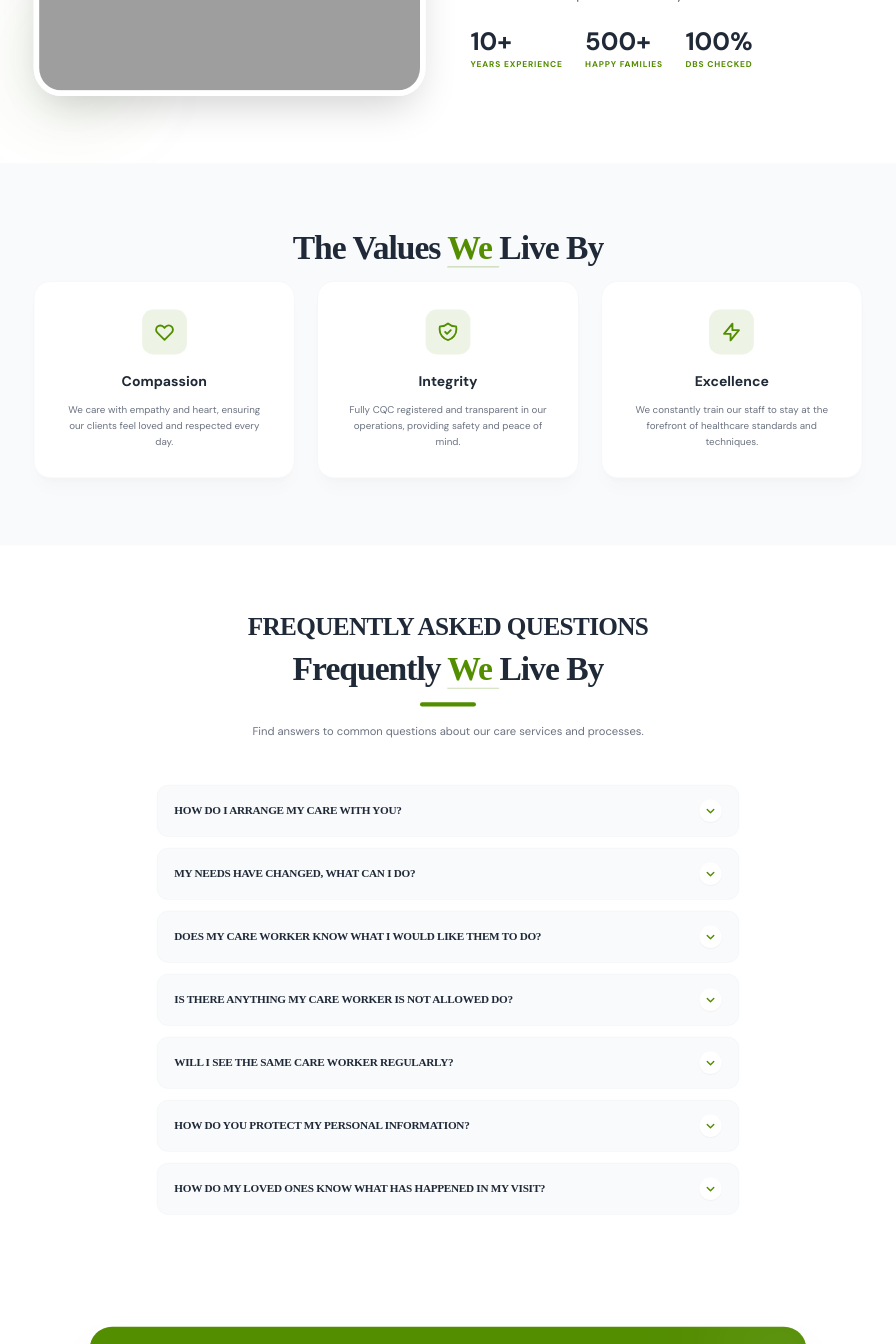
Repository: Iqbalhossen07/care
Page: http://localhost/about.php
An editor plug-in stored every save of this project. The page is shown before and after the next save, followed by the edit.
The browser window is 1280 px wide. The pictures show the part of the page from y = 806 to 2726 px (the page is 3469 px tall), at 70% of full size.
Pictures or frames that could not be fetched are drawn as grey boxes. Some web fonts or font styles are not loaded; a fallback is used. Some web libraries are served in a nearby version. The page is run by PHP 8.4 with error messages shown; the project is at /var/www/html/.

Above is the page before, as saved 2026-02-28 08:04:31.

### about.php
<?php include('head.php') ?>

<body class="font-body text-gray-600 antialiased bg-white">
    <?php include('header.php') ?>

    <section class="relative h-[250px] flex items-center overflow-hidden bg-darkText">
        <div class="absolute inset-0 z-0">
            <img src="https://images.unsplash.com/photo-1516706562779-ad3fd557341b?auto=format&fit=crop&w=1500&q=80"
                class="w-full h-full object-cover opacity-30" alt="About Careline">
            <div class="absolute inset-0 bg-gradient-to-r from-darkText via-darkText/90 to-transparent"></div>
        </div>

        <div class="max-w-7xl mx-auto px-6 lg:px-12 relative z-10 w-full">
            <nav class="flex mb-4 text-sm font-medium">
                <ol class="inline-flex items-center space-x-2">
                    <li><a href="index.php" class="text-gray-400 hover:text-brand transition-colors">Home</a></li>
                    <li class="text-gray-600">/</li>
                    <li class="text-brand font-bold uppercase tracking-widest text-[11px] md:text-sm">About Us</li>
                </ol>
            </nav>
            <h1 class="font-heading text-4xl md:text-5xl font-bold text-white mb-2 tracking-tight">Our Mission & Heart
            </h1>
            <p class="text-gray-300 text-lg max-w-2xl">Dedicated to providing compassionate care in the comfort of your
                home.</p>
        </div>
    </section>

    <section class="py-24 bg-white overflow-hidden">
        <div class="max-w-7xl mx-auto px-6 lg:px-12">
            <div class="grid lg:grid-cols-2 gap-16 items-center">
                <div class="relative group">
                    <div
                        class="relative rounded-[2.5rem] overflow-hidden border-8 border-white shadow-[0_25px_60px_-15px_rgba(0,0,0,0.2)] z-10">
                        <img src="https://images.unsplash.com/photo-1576765608535-5f04d1e3f289?auto=format&fit=crop&w=1000&q=80"
                            alt="Caregiving"
                            class="w-full h-[500px] object-cover transition-transform duration-700 group-hover:scale-105">
                    </div>
                    <div class="absolute -bottom-6 -left-6 w-40 h-40 bg-brand/10 rounded-full blur-3xl -z-0"></div>
                </div>

                <div class="space-y-8">
                    <div>

                        <h1
                            class="font-heading text-2xl  md:text-5xl  font-bold text-darkText mb-4 md:mb-6 tracking-[-0.03em]">
                            Caring is not
                            <span class="text-brand relative ">just our job,
                                <svg class="absolute -bottom-1.5 left-0 w-full h-1.5 md:h-2 text-brand/30"
                                    viewBox="0 0 100 10" preserveAspectRatio="none">
                                    <path d="M0 5 L100 5" stroke="currentColor" stroke-width="2"
                                        stroke-linecap="round" />
                                </svg>
                            </span>
                            it's our passion.
                        </h1>
                        <p class="text-lg leading-relaxed text-gray-600 mb-6">
                            Community Careline was founded with a simple yet powerful vision: to treat every client like
                            our own family. We believe that everyone deserves to age with dignity, surrounded by love
                            and professional support.
                        </p>
                        <p class="text-lg leading-relaxed text-gray-600">
                            Based in Kent, we have grown into a trusted home care provider, known for our rigorous staff
                            selection and personalized care plans that meet the unique needs of every individual.
                        </p>
                    </div>
                    <div class="flex flex-wrap gap-8">
                        <div>
                            <p class="text-4xl font-bold text-darkText">10+</p>
                            <p class="text-xs font-bold text-brand uppercase tracking-widest mt-1">Years Experience</p>
                        </div>
                        <div>
                            <p class="text-4xl font-bold text-darkText">500+</p>
                            <p class="text-xs font-bold text-brand uppercase tracking-widest mt-1">Happy Families</p>
                        </div>
                        <div>
                            <p class="text-4xl font-bold text-darkText">100%</p>
                            <p class="text-xs font-bold text-brand uppercase tracking-widest mt-1">DBS Checked</p>
                        </div>
                    </div>
                </div>
            </div>
        </div>
    </section>

    <section class="py-24 bg-lightBg">
        <div class="max-w-7xl mx-auto px-6 lg:px-12 text-center">
            <h1 class="font-heading text-2xl  md:text-5xl  font-bold text-darkText mb-4 md:mb-6 tracking-[-0.03em]">
                The Values
                <span class="text-brand relative ">We
                    <svg class="absolute -bottom-1.5 left-0 w-full h-1.5 md:h-2 text-brand/30" viewBox="0 0 100 10"
                        preserveAspectRatio="none">
                        <path d="M0 5 L100 5" stroke="currentColor" stroke-width="2" stroke-linecap="round" />
                    </svg>
                </span>
                Live By
            </h1>

            <div class="grid md:grid-cols-3 gap-8">
                <div
                    class="bg-white p-10 rounded-3xl border border-gray-100 shadow-xl shadow-black/[0.02] hover:-translate-y-2 transition-all duration-300">
                    <div
                        class="w-16 h-16 bg-brand/10 rounded-2xl flex items-center justify-center text-brand mx-auto mb-6">
                        <svg class="w-8 h-8" fill="none" stroke="currentColor" viewBox="0 0 24 24">
                            <path stroke-linecap="round" stroke-linejoin="round" stroke-width="2"
                                d="M4.318 6.318a4.5 4.5 0 000 6.364L12 20.364l7.682-7.682a4.5 4.5 0 00-6.364-6.364L12 7.636l-1.318-1.318a4.5 4.5 0 00-6.364 0z">
                            </path>
                        </svg>
                    </div>
                    <h4 class="font-bold text-xl text-darkText mb-4">Compassion</h4>
                    <p class="text-sm leading-relaxed text-gray-500">We care with empathy and heart, ensuring our
                        clients feel loved and respected every day.</p>
                </div>

                <div
                    class="bg-white p-10 rounded-3xl border border-gray-100 shadow-xl shadow-black/[0.02] hover:-translate-y-2 transition-all duration-300">
                    <div
                        class="w-16 h-16 bg-brand/10 rounded-2xl flex items-center justify-center text-brand mx-auto mb-6">
                        <svg class="w-8 h-8" fill="none" stroke="currentColor" viewBox="0 0 24 24">
                            <path stroke-linecap="round" stroke-linejoin="round" stroke-width="2"
                                d="M9 12l2 2 4-4m5.618-4.016A11.955 11.955 0 0112 2.944a11.955 11.955 0 01-8.618 3.04A12.02 12.02 0 003 9c0 5.591 3.824 10.29 9 11.622 5.176-1.332 9-6.03 9-11.622 0-1.042-.133-2.052-.382-3.016z">
                            </path>
                        </svg>
                    </div>
                    <h4 class="font-bold text-xl text-darkText mb-4">Integrity</h4>
                    <p class="text-sm leading-relaxed text-gray-500">Fully CQC registered and transparent in our
                        operations, providing safety and peace of mind.</p>
                </div>

                <div
                    class="bg-white p-10 rounded-3xl border border-gray-100 shadow-xl shadow-black/[0.02] hover:-translate-y-2 transition-all duration-300">
                    <div
                        class="w-16 h-16 bg-brand/10 rounded-2xl flex items-center justify-center text-brand mx-auto mb-6">
                        <svg class="w-8 h-8" fill="none" stroke="currentColor" viewBox="0 0 24 24">
                            <path stroke-linecap="round" stroke-linejoin="round" stroke-width="2"
                                d="M13 10V3L4 14h7v7l9-11h-7z"></path>
                        </svg>
                    </div>
                    <h4 class="font-bold text-xl text-darkText mb-4">Excellence</h4>
                    <p class="text-sm leading-relaxed text-gray-500">We constantly train our staff to stay at the
                        forefront of healthcare standards and techniques.</p>
                </div>
            </div>
        </div>
    </section>

    <section class="py-24 bg-white">
        <div class="max-w-4xl mx-auto px-6 lg:px-8">
            <div class="text-center mb-16">
                <h2 class="font-heading text-3xl md:text-4xl font-bold text-darkText mb-4 uppercase tracking-tight">
                    Frequently Asked Questions</h2>
                <h1 class="font-heading text-2xl  md:text-5xl  font-bold text-darkText mb-4 md:mb-6 tracking-[-0.03em]">
                    Frequently
                    <span class="text-brand relative ">We
                        <svg class="absolute -bottom-1.5 left-0 w-full h-1.5 md:h-2 text-brand/30" viewBox="0 0 100 10"
                            preserveAspectRatio="none">
                            <path d="M0 5 L100 5" stroke="currentColor" stroke-width="2" stroke-linecap="round" />
                        </svg>
                    </span>
                    Live By
                </h1>
                <div class="w-20 h-1.5 bg-brand rounded-full mx-auto"></div>
                <p class="mt-6 text-gray-500">Find answers to common questions about our care services and processes.
                </p>
            </div>

            <div class="space-y-4">

                <?php
                $faqs = [
                    [
                        "q" => "HOW DO I ARRANGE MY CARE WITH YOU?",
                        "a" => "Deciding that you need support is an incredibly big step for you and your loved ones. You can ring us directly on <span class='text-brand font-bold'>01634 853187</span> where we can have a chat about what you would like from us, email us at <span class='text-brand font-bold'>info@communitycareline.uk</span> or complete the enquiry form in the “Contact Us” section on this web site and we will get back to you as soon as we can and answer all of your questions."
                    ],
                    [
                        "q" => "MY NEEDS HAVE CHANGED, WHAT CAN I DO?",
                        "a" => "Your care plan is completely about you, your needs, goals you may have and we understand your needs may change. Regular reviews are completed with you, but you can tell us at any time if you feel that your care package needs updating. A member of the team will come and visit you and put together your new plan."
                    ],
                    [
                        "q" => "DOES MY CARE WORKER KNOW WHAT I WOULD LIKE THEM TO DO?",
                        "a" => "Community Careline Services (Medway) Ltd ensure that your care package focuses on your individual needs and preferences. Care Workers will have access to the care plan that you have agreed to via the app they use. Their training tells them that they must adhere to your planned care and if there are changes that are needed they will inform the Senior Care Workers."
                    ],
                    [
                        "q" => "IS THERE ANYTHING MY CARE WORKER IS NOT ALLOWED DO?",
                        "a" => "Care Workers cannot and will not make decisions for you or tell you what you need or what needs to be done. Everything that you have agreed in your plan of care is what they will help you with. During your initial assessment you will be advised if there is something that cannot be done by one of our Care Workers and alternatives can be offered."
                    ],
                    [
                        "q" => "WILL I SEE THE SAME CARE WORKER REGULARLY?",
                        "a" => "Building trusted relationships are a vital part to delivering you the care that will make a difference to you. We will do our very best to deliver continuity in your care which means having a regular set of Care Workers."
                    ],
                    [
                        "q" => "HOW DO YOU PROTECT MY PERSONAL INFORMATION?",
                        "a" => "Community Careline Services (Medway) Ltd adheres to GDPR regulations and the NHS Data Protection Toolkit, your personal information is kept securely and only those who need this information will have access to it. All our systems meet GDPR requirements when it comes to security."
                    ],
                    [
                        "q" => "HOW DO MY LOVED ONES KNOW WHAT HAS HAPPENED IN MY VISIT?",
                        "a" => "Technology plays a large part in what we do. The system we use has a <span class='font-bold text-darkText'>Friends and Family Portal</span> designed to let your loved ones see when your care visit has taken place, what the Care Worker did and any important information. You can be invited to log into this platform by providing your email address with consent from the client themselves."
                    ]
                ];

                foreach ($faqs as $index => $faq):
                ?>
                <div
                    class="faq-item border border-gray-100 rounded-2xl bg-lightBg overflow-hidden transition-all duration-300">
                    <button class="faq-btn w-full px-6 py-5 flex items-center justify-between text-left group">
                        <span
                            class="font-heading font-bold text-darkText text-sm md:text-base pr-4 group-hover:text-brand transition-colors uppercase tracking-tight">
                            <?php echo $faq['q']; ?>
                        </span>
                        <span
                            class="faq-icon w-8 h-8 rounded-full bg-white flex items-center justify-center text-brand shadow-sm transition-transform duration-300">
                            <svg class="w-4 h-4" fill="none" stroke="currentColor" viewBox="0 0 24 24">
                                <path stroke-linecap="round" stroke-linejoin="round" stroke-width="3"
                                    d="M19 9l-7 7-7-7"></path>
                            </svg>
                        </span>
                    </button>
                    <div class="faq-answer max-h-0 overflow-hidden transition-all duration-300 ease-in-out bg-white">
                        <div
                            class="px-6 py-5 text-gray-500 text-sm md:text-base leading-relaxed border-t border-gray-50">
                            <?php echo $faq['a']; ?>
                        </div>
                    </div>
                </div>
                <?php endforeach; ?>

            </div>
        </div>
    </section>



    <?php include('cta.php') ?>

    <?php include('footer.php') ?>

    <script src="main.js"></script>
</body>

</html>

### head.php
<!DOCTYPE html>
<html lang="en" class="scroll-smooth">

<head>
    <meta charset="UTF-8">
    <meta name="viewport" content="width=device-width, initial-scale=1.0">
    <title>Community Careline Services (Medway) Ltd</title>
    <link
        href="https://fonts.googleapis.com/css2?family=DM+Sans:wght@400;500;700&family=PT+Serif:ital,wght@0,400;0,700;1,400&display=swap"
        rel="stylesheet">
    <link rel="shortcut icon" href="img/favicon.PNG" type="image/x-icon">
    <script src="https://cdn.tailwindcss.com"></script>
    <script>
    tailwind.config = {
        theme: {
            extend: {
                colors: {
                    brand: '#538d00',
                    brandDark: '#7ab81f',
                    darkText: '#1f2937',
                    lightBg: '#f9fafb'
                },
                fontFamily: {
                    heading: ['"PT Serif"', 'serif'],
                    body: ['"DM Sans"', 'sans-serif'],
                }
            }
        }
    }
    </script>

    <link rel="stylesheet" href="style.css?v=<?= time(); ?>">
</head>

### cta.php
 <section class="py-16 bg-white px-6">
     <div
         class="max-w-5xl mx-auto bg-brand p-8 md:p-12 rounded-[2rem] shadow-2xl shadow-brand/20 relative overflow-hidden">

         <div class="absolute -top-10 -right-10 w-40 h-40 bg-white/10 rounded-full blur-3xl"></div>

         <div class="max-w-2xl mx-auto text-center relative z-10">
             <h2 class="font-heading text-2xl md:text-3xl font-bold text-white mb-4">
                 Can't find what you're looking for?
             </h2>
             <p class="text-white/80 text-base md:text-lg mb-8">
                 Our team can craft a bespoke care plan just for you. Get in touch today.
             </p>

             <div class="flex flex-row justify-center gap-3 md:gap-4">
                 <a href="tel:0800123456"
                     class="flex-1 sm:flex-none bg-white text-darkText px-4 sm:px-8 py-3 rounded-md font-bold text-xs sm:text-base hover:bg-gray-50 transition-all shadow-[0_10px_25px_-5px_rgba(0,0,0,0.2)] hover:shadow-[0_15px_30px_-5px_rgba(0,0,0,0.3)] transform hover:-translate-y-1 duration-300 flex items-center justify-center gap-2">
                     <svg class="w-3 h-3 sm:w-4 sm:h-4 text-brand" fill="currentColor" viewBox="0 0 20 20">
                         <path
                             d="M2 3a1 1 0 011-1h2.153a1 1 0 01.986.836l.74 4.435a1 1 0 01-.54 1.06l-1.548.773a11.037 11.037 0 005.454 5.454l.774-1.548a1 1 0 011.06-.54l4.435.74a1 1 0 01.836.986V17a1 1 0 01-1 1h-2C7.82 18 2 12.18 2 5V3z">
                         </path>
                     </svg>
                     <span class="whitespace-nowrap">01634 853 187</span>
                 </a>

                 <a href="contact.php"
                     class="flex-1 sm:flex-none border-2 border-white text-white px-4 sm:px-8 py-3 rounded-md font-bold text-xs sm:text-base hover:bg-white hover:text-brand transition-all shadow-[0_10px_25px_-5px_rgba(0,0,0,0.1)] hover:shadow-[0_15px_30px_-5px_rgba(0,0,0,0.2)] transform hover:-translate-y-1 duration-300 flex items-center justify-center">
                     <span class="whitespace-nowrap">Book Assessment</span>
                 </a>
             </div>
         </div>
     </div>
 </section>

### style.css
@keyframes scroll-left {
  0% {
    transform: translateX(0);
  }

  100% {
    transform: translateX(-50%);
  }
}

.animate-marquee {
  display: flex;
  width: max-content;
  animation: scroll-left 60s linear infinite;
}

.animate-marquee:hover {
  animation-play-state: paused;
  /* Pause on hover so users can read */
}

.description {
  display: -webkit-box;
  -webkit-line-clamp: 2; /* কয় লাইন দেখাবে */
  -webkit-box-orient: vertical;
  overflow: hidden; /* এটি না থাকলে বাকি লেখাগুলো নিচে দেখা যাবে */
}

Loaded but not shown: main.js (163 lines, source omitted); header.php (73 lines, source omitted); footer.php (71 lines, source omitted)

After the next save:
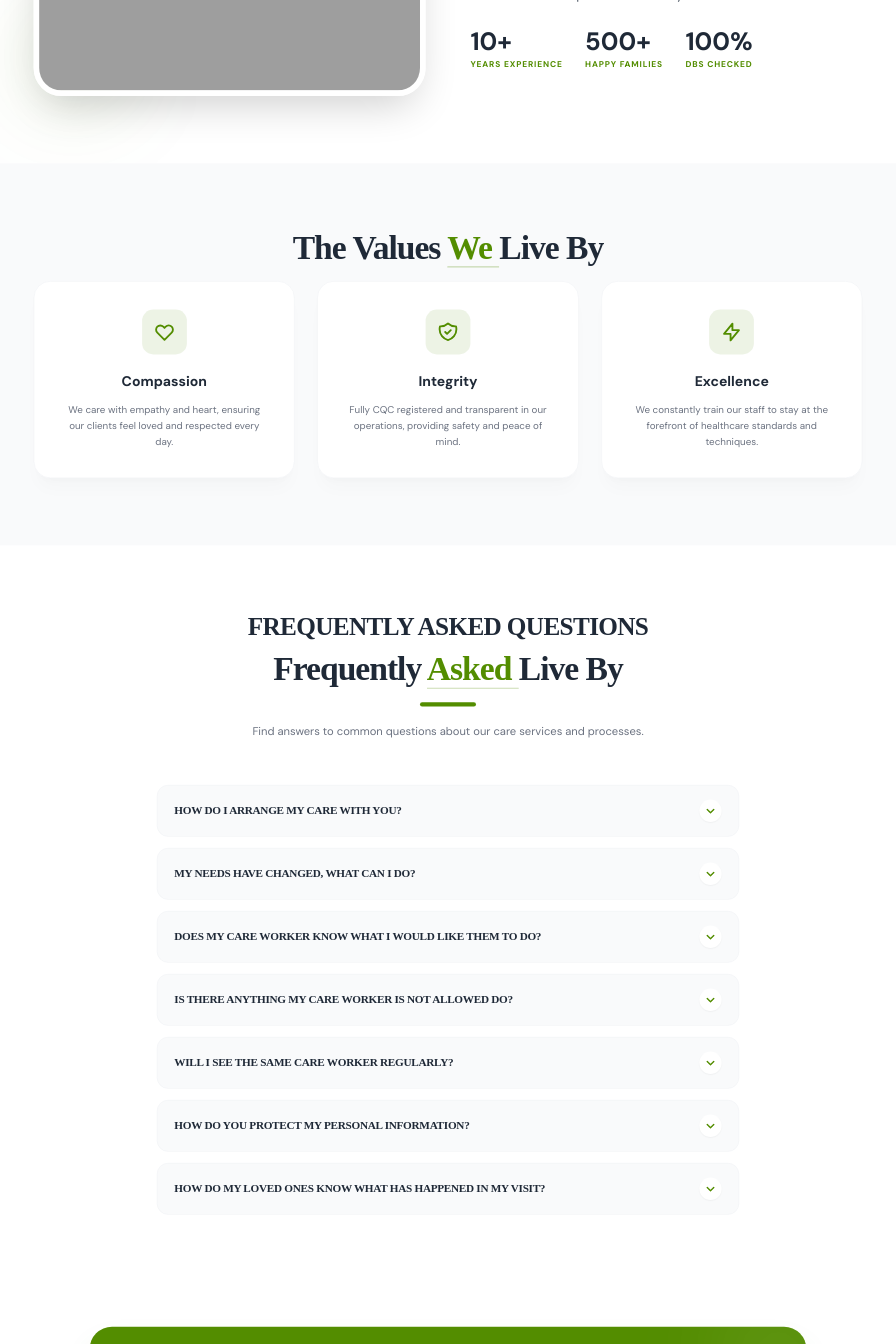
Saved 4 s later.
--- a/about.php
+++ b/about.php
@@ -150,7 +150,7 @@
                     Frequently Asked Questions</h2>
                 <h1 class="font-heading text-2xl  md:text-5xl  font-bold text-darkText mb-4 md:mb-6 tracking-[-0.03em]">
                     Frequently
-                    <span class="text-brand relative ">We
+                    <span class="text-brand relative ">Asked
                         <svg class="absolute -bottom-1.5 left-0 w-full h-1.5 md:h-2 text-brand/30" viewBox="0 0 100 10"
                             preserveAspectRatio="none">
                             <path d="M0 5 L100 5" stroke="currentColor" stroke-width="2" stroke-linecap="round" />
